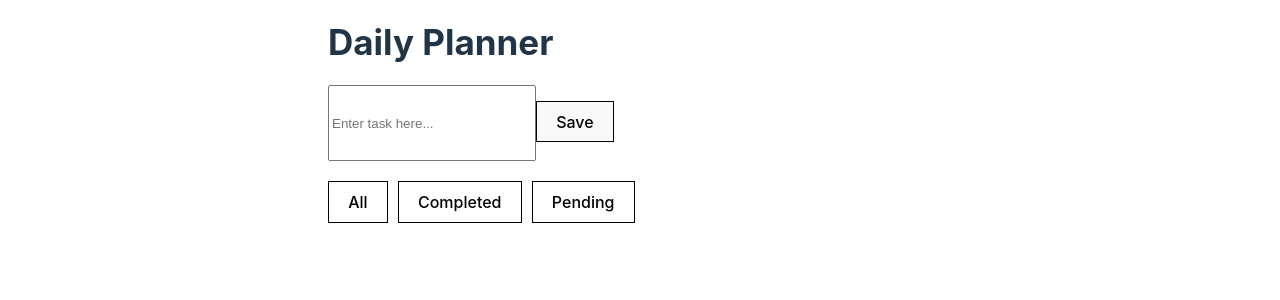
Repository: leslie179/lab4
Page: / (app in lab4/)
These files come from the project's save history. The page is drawn as it stood at one moment and after a run of saves; the edit follows.
The browser window is 1280 px wide. The pictures show the whole page.
The project was rebuilt for these pictures with package versions that can differ from the ones it lists, and the page was loaded fresh each time. Also part of the build but not shown: lab4/vite.config.js, lab4/src/components/Task.jsx.

Above is the page before, as saved 2024-10-27 18:29:01.

### lab4/src/App.jsx
import { useState } from 'react'
import './App.css'

import Task from './components/Task'
import TaskForm from './components/TaskForm'

function App() {
  const [tasks, setTasks] = useState([])
  const [filter, setFilter] = useState("All")
  return (
    <div>
      <h1>Daily Planner</h1>
      <TaskForm setTasks={setTasks}/>
      <button className="filter-button" onClick={() => setFilter("All")}>All</button>
      <button className="filter-button" onClick={() => setFilter("Completed")}>Completed</button>
      <button className="filter-button" onClick={() => setFilter("Pending")}>Pending</button>
      <ul>
        {tasks && tasks.filter((task) => {
          if (filter === "All") {
            return true
          } else if (filter === "Completed") {
            return task.completed
          } else if (filter === "Pending") {
            return !task.completed
          }

          return true // not really necessary
        }).map((task, i) => {
          return <Task task={task} setTasks={setTasks} index={i} />
        })}
      </ul>

    </div>
  )
}

export default App

### lab4/src/App.css
#root {
  max-width: 1280px;
  text-align: left;
  padding-left: 20rem;
}

h1{
  font-size: 35px;
}

.filter-button{
  border: 1px solid black;
  background-color: white;
  margin-right: 10px;
  margin-top: 20px;
  border-radius: 0px;
}

.save{
  background-color: #00800;
  border-radius: 0px;
  border: 1px solid black;
}

.input{
width:200px;
height:70px;
}

.read-the-docs {
  color: #888;
}

### lab4/src/components/TaskForm.jsx
import { useState } from "react"

function TaskForm({ setTasks }) {
    const [currentTask, setCurrentTask] = useState()
    const save = () => {
        setTasks((currentTasks) => { // trick to get current state
            // im just naming it tmp for temporary
            const tmpTasks = [...currentTasks] // deep copy (tmpTasks is just a copy of currentTasks cause you cant just copy an array)
            tmpTasks.push({ task: currentTask, completed: false })
            return tmpTasks
        })
        setCurrentTask("")
    }
    // the onChange is a function that runs everytime the input text changes
    // everytime the input text changes update the state with the value of the text input
    return <div>
        <input className="input" type="text" onChange={(e) => setCurrentTask(e.target.value)} placeholder="Enter task here..."/>
        <button className="save" onClick={() => save()}>Save</button>
    </div>
}

export default TaskForm

Loaded but not shown: lab4/index.html (common file); lab4/src/main.jsx (common file); lab4/src/index.css (common file)

After the next 2 saves:
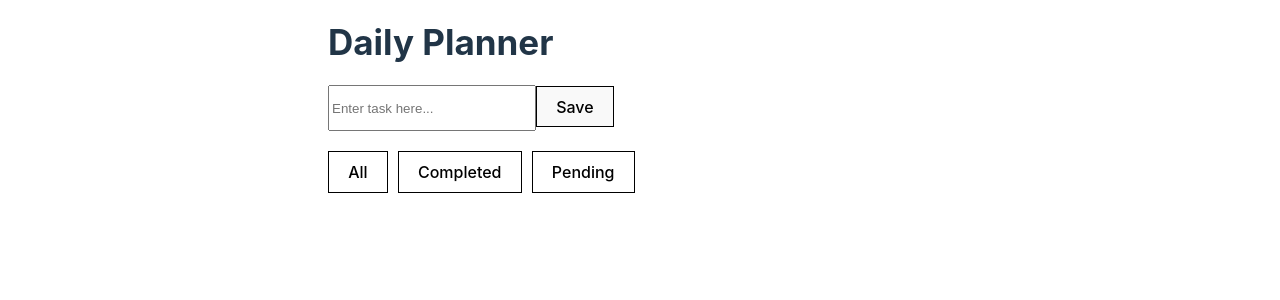
The 2 saves are shown as one change because they came seconds apart.
The last was saved 12 s later.
--- a/lab4/src/App.css
+++ b/lab4/src/App.css
@@ -24,7 +24,7 @@ h1{
 
 .input{
 width:200px;
-height:70px;
+height:40px;
 }
 
 .read-the-docs {
